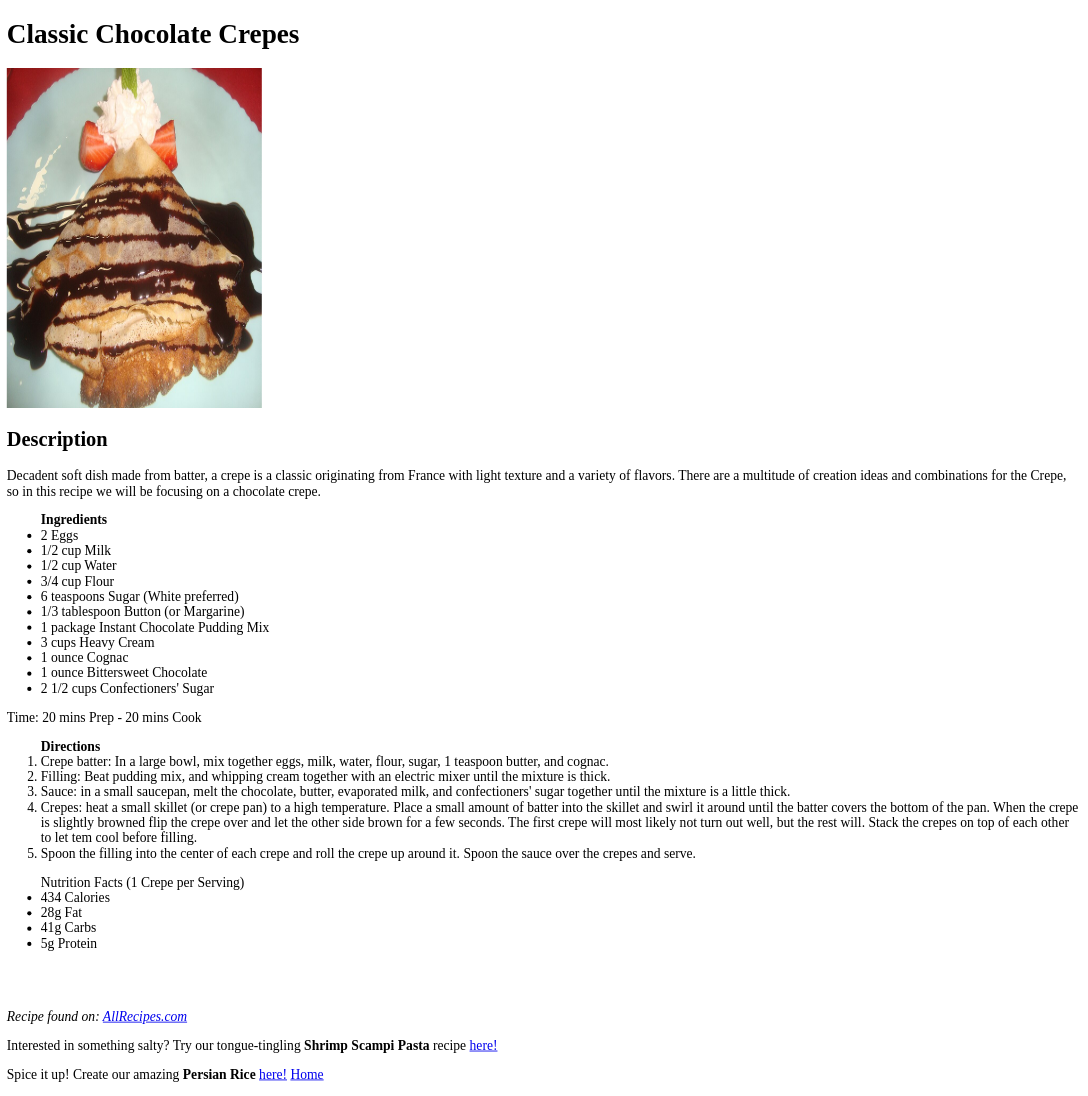
Repository: Mervens/odin-recipes
Page: recipes/crepe.html
An editor plug-in stored every save of this project. The page is shown before and after the next save, followed by the edit.
The browser window is 1280 px wide. The pictures show the whole page, at 85% of full size.

Above is the page before, as saved 2025-06-18 13:00:12.

### recipes/crepe.html
<!DOCTYPE html>

<html lang="en">

<head>
    <meta charset="UTF-8">
    <title>Chocolate Crepe | Odin Recipes</title>
</head>

<body>
    <h1>Classic Chocolate Crepes</h1>

    <img src="../recipes/images/Chocolate Image.png"
        alt="Photo of Chocolate Crepe. Image found on Wikipedia - linked in ReadME." height=400 width=300>
    <h2>Description</h2>
    <p>Decadent soft dish made from batter, a crepe is a classic originating from France with light texture and a
        variety of flavors. There are a multitude of creation ideas and combinations for the Crepe, so in this
        recipe we
        will be focusing on a chocolate crepe.</p>
    <ul><strong>Ingredients</strong>
        <li>2 Eggs</li>
        <li>1/2 cup Milk</li>
        <li>1/2 cup Water</li>
        <li>3/4 cup Flour</li>
        <li>6 teaspoons Sugar (White preferred)</li>
        <li>1/3 tablespoon Button (or Margarine)</li>
        <li>1 package Instant Chocolate Pudding Mix</li>
        <li>3 cups Heavy Cream</li>
        <li>1 ounce Cognac</li>
        <li>1 ounce Bittersweet Chocolate</li>
        <li>2 1/2 cups Confectioners' Sugar</li>
    </ul>
    <p>Time: 20 mins Prep - 20 mins Cook</p>
    <ol><strong>Directions</strong>
        <li>Crepe batter: In a large bowl, mix together eggs, milk, water, flour, sugar, 1 teaspoon butter, and
            cognac.
        </li>
        <li>Filling: Beat pudding mix, and whipping cream together with an electric mixer until the mixture is
            thick.
        </li>
        <li>Sauce: in a small saucepan, melt the chocolate, butter, evaporated milk, and confectioners' sugar
            together
            until the mixture is a little thick.</li>
        <li>Crepes: heat a small skillet (or crepe pan) to a high temperature. Place a small amount of batter into
            the
            skillet and swirl it around until the batter covers the bottom of the pan. When the crepe is slightly
            browned flip the crepe over and let the other side brown for a few seconds. The first crepe will most
            likely
            not turn out well, but the rest will. Stack the crepes on top of each other to let tem cool before
            filling.
        </li>
        <li>Spoon the filling into the center of each crepe and roll the crepe up around it. Spoon the sauce over
            the
            crepes and serve.</li>
    </ol>
    <ul>
        Nutrition Facts (1 Crepe per Serving)
        <li>434 Calories</li>
        <li>28g Fat</li>
        <li>41g Carbs</li>
        <li>5g Protein</li>
    </ul>
    <br>
    <br>

    <p><em>Recipe found on:
            <a href="https://www.allrecipes.com/recipe/16054/chocolate-crepes/" target="_blank"
                rel="noopener noreferrer">AllRecipes.com</em>
    </p>
    </a>
    <p>Interested in something salty? Try our tongue-tingling <strong>Shrimp Scampi Pasta </strong>recipe <a
            href="../recipes/pasta.html">here!</a>
    </p>
    <p>Spice it up! Create our amazing <strong>Persian Rice </strong><a href="../recipes/persian-rice.html">here!</a>
        <a href="../index.html">Home</a>

</body>

</html>

After the next save:
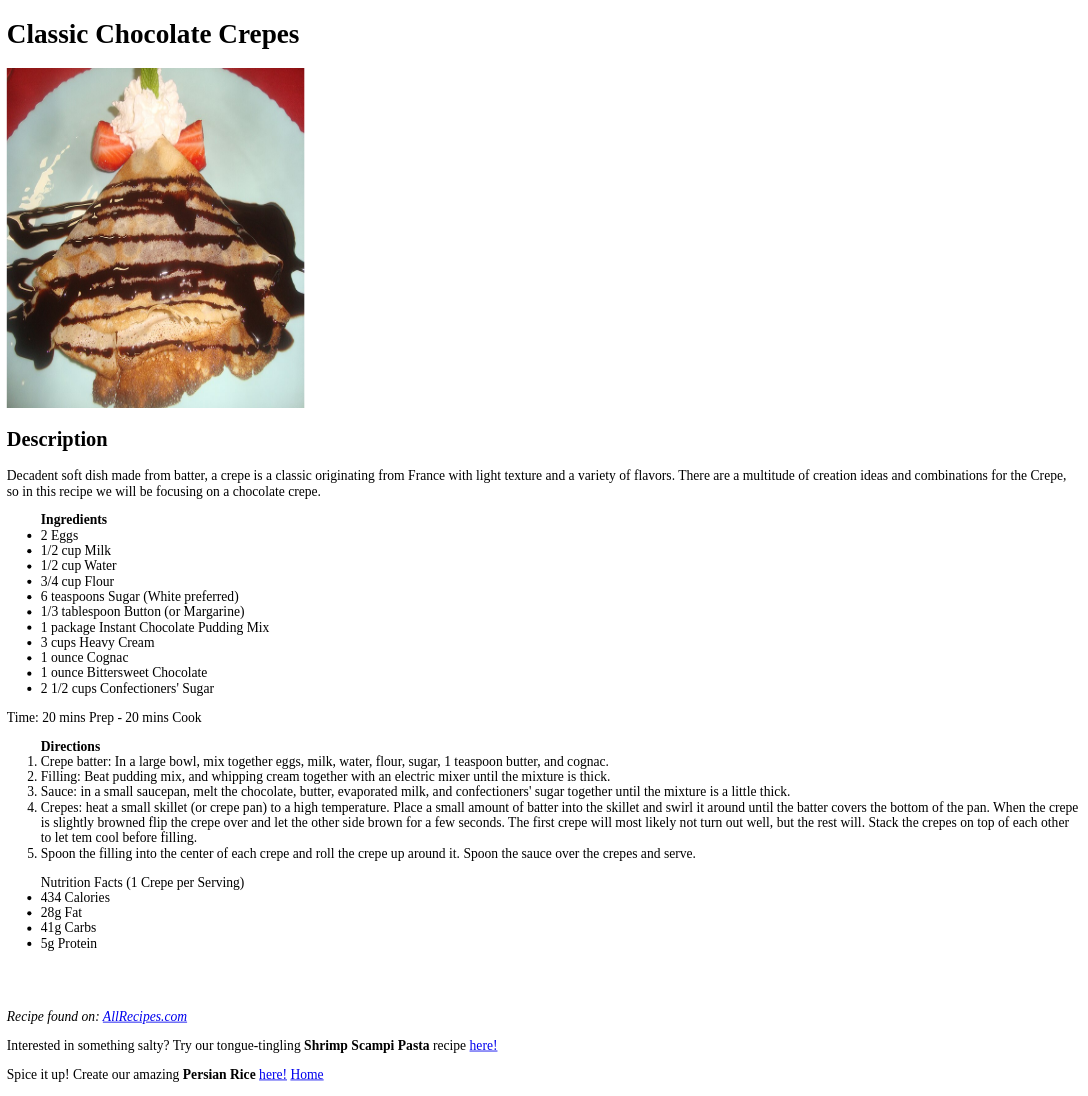
Saved 13 s later.
--- a/recipes/crepe.html
+++ b/recipes/crepe.html
@@ -11,7 +11,7 @@
     <h1>Classic Chocolate Crepes</h1>
 
     <img src="../recipes/images/Chocolate Image.png"
-        alt="Photo of Chocolate Crepe. Image found on Wikipedia - linked in ReadME." height=400 width=300>
+        alt="Photo of Chocolate Crepe. Image found on Wikipedia - linked in ReadME." height=400 width=350>
     <h2>Description</h2>
     <p>Decadent soft dish made from batter, a crepe is a classic originating from France with light texture and a
         variety of flavors. There are a multitude of creation ideas and combinations for the Crepe, so in this
